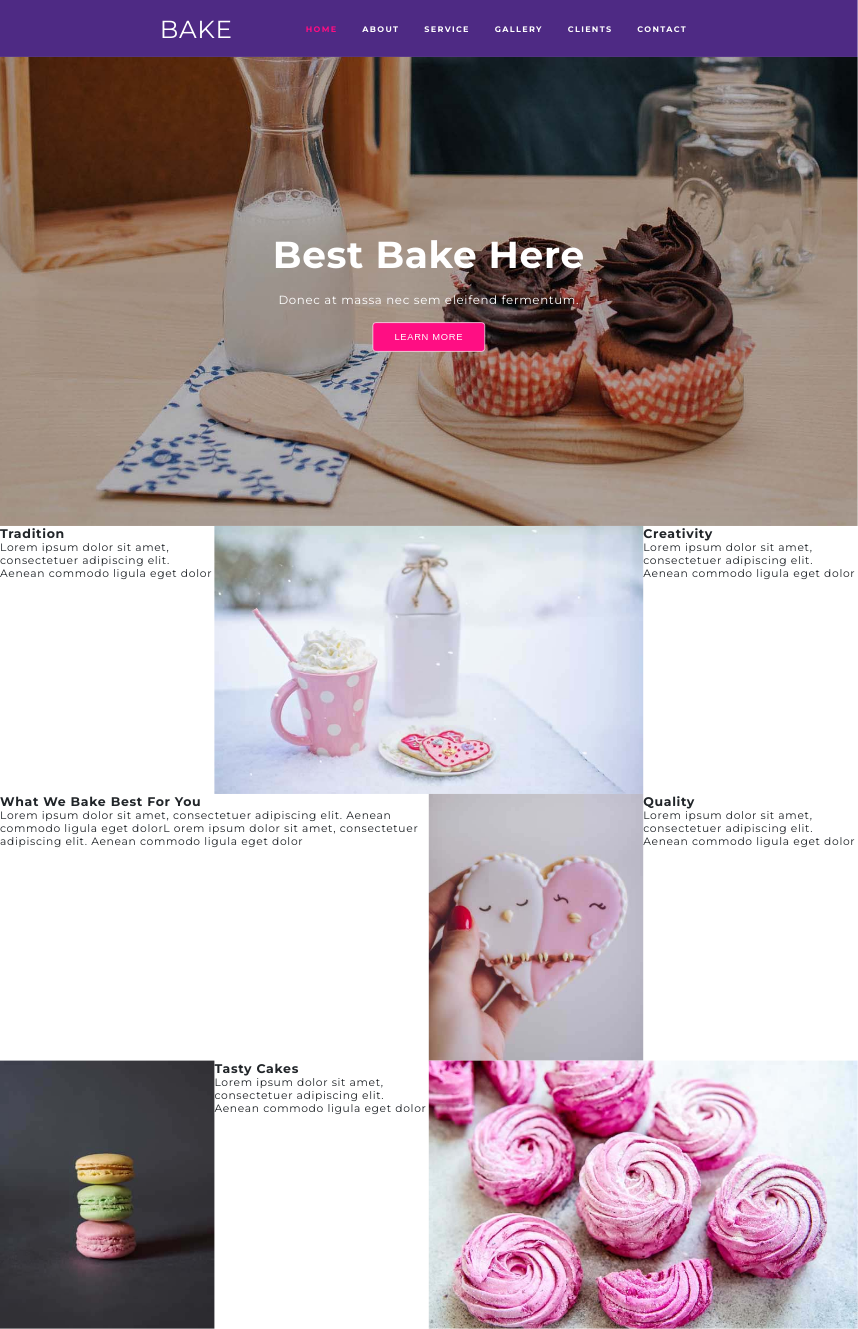
Repository: ducdatit2002/bake-cake
Page: index.html
An editor plug-in stored every save of this project. The page is shown before and after a run of saves, followed by the edit.
The browser window is 1280 px wide. The pictures show the whole page, at 67% of full size.

Above is the page before, as saved 2023-07-13 12:29:42.

After the next 4 saves:
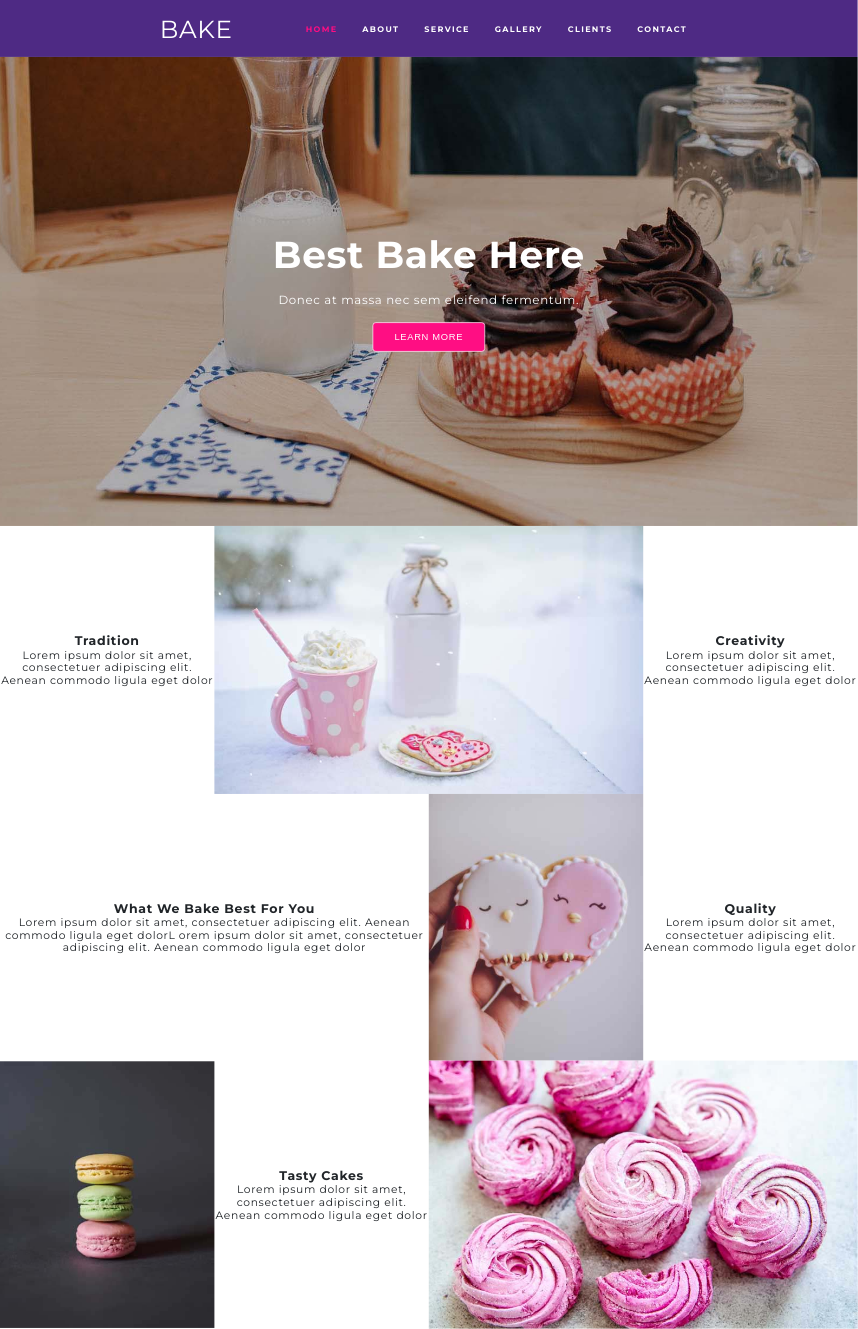
The 4 saves are shown as one change because they came seconds apart.
The last was saved 14 s later.
--- a/index.css
+++ b/index.css
@@ -123,4 +123,6 @@ header {
 }
 .intro__item {
     display: flex;
+    align-items: center;
+    text-align: center;
 }
